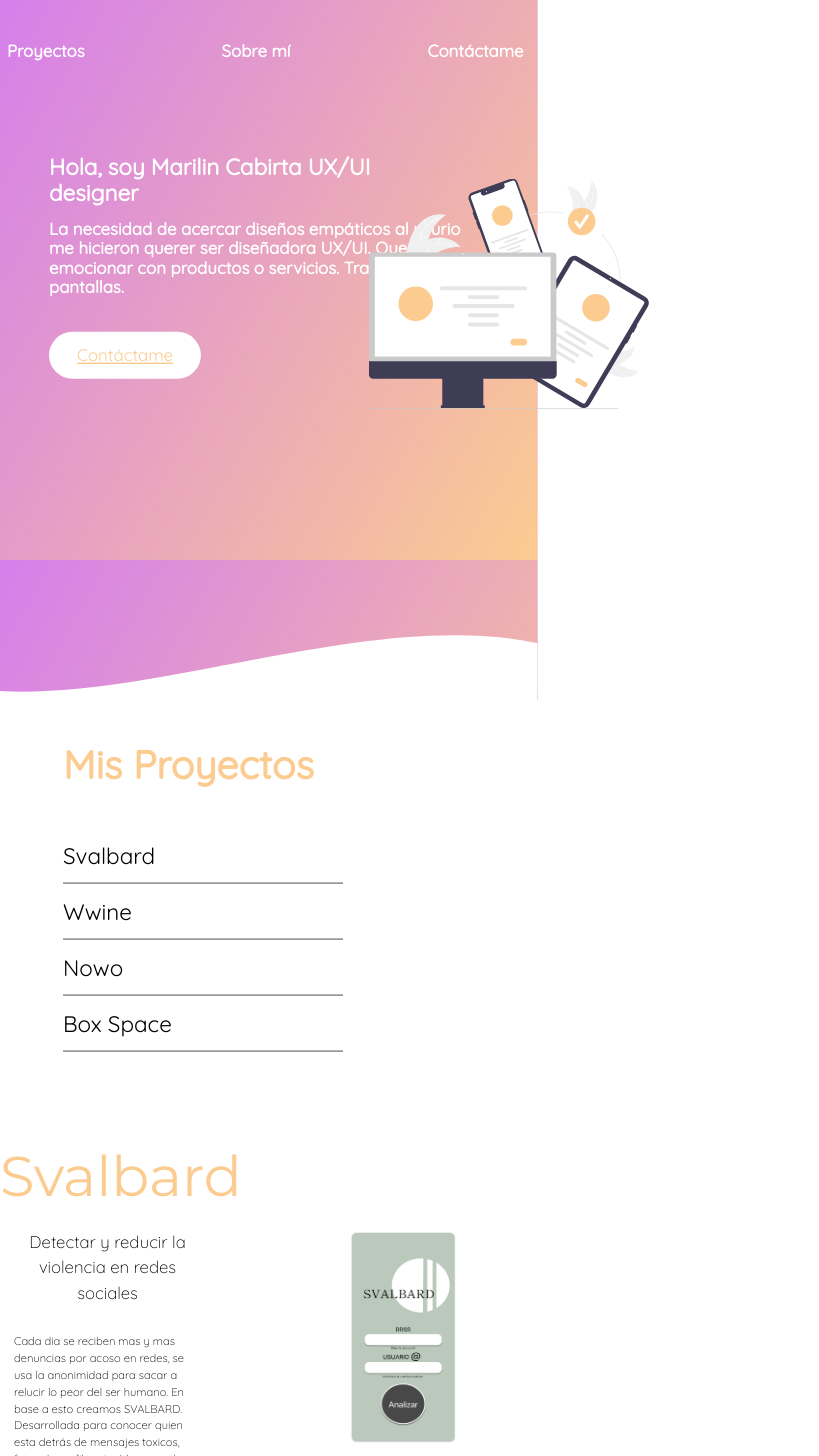
Repository: Marilyncabirta/portfolioHTML
Page: index.html
The author's editor kept a copy of each file at every save. The page is drawn from the files as they stood at one save, then again after the next save.
The browser window is 768 px wide. The page is 1127 px wide, then 1170 px, so the pictures cover 1170 px, including what lies to the right of the window. The pictures show the part of the page from y = 0 to 2080 px (the page is 4776 px tall before and 5483 px after), at 70% of full size.
Backgrounds fixed to the window are drawn as part of the page. Some web libraries are served in a nearby version.

Above is the page before, as saved 2022-12-16 12:52:12.

### index.html
<!DOCTYPE html>
<html lang="es">
<head>
    <meta charset="UTF-8">
    <meta name="viewport" content="width=device-width, initial-scale=1.0">
    <title>Portafolio AlexCG</title>
    <link rel="stylesheet" href="css/normalize.css">
    <link rel="stylesheet" href="css/estilos.css">
    <link rel="preconnect" href="https://fonts.googleapis.com">
<link rel="preconnect" href="https://fonts.gstatic.com" crossorigin>
<link href="https://fonts.googleapis.com/css2?family=Montserrat:wght@100;400;700&family=Quicksand:wght@300;400&display=swap" rel="stylesheet">
</head>


<body>

    <header class="hero">
        <div class="contenedor">
            <nav class="nav">
                <a href="" class="nav__items nav__items--cta">Proyectos</a>
                <a href="" class="nav__items">Sobre mí</a>
                <a href="" class="nav__items">Contáctame</a>
            </nav>

            <section class="hero__contenedor">
                <div class="hero__texts">
                    <h1 class="hero__title">Hola, soy Marilin Cabirta UX/UI designer</h1>
                    <h2 class="hero_subtitle">La necesidad de acercar diseños empáticos al usurio me hicieron querer ser diseñadora UX/UI. Querer emocionar con productos o servicios. Traspasar las pantallas.</h2>
                    <a href="" class="hero_cta">Contáctame</a>
                </div>
                <div class="contenedor_ilustraciones">
                    <img class="hero_image" src="assets/hero1.svg" alt="marilincabirta">
                </div>
            </section>
        </div>
        <div>
            <div class="hero_wave" style= "overflow:hidden;" ><svg viewBox="0 0 500 150" preserveAspectRatio="none" style="height: 100%; width: 100%;"><path d="M-0.56,130.76 C150.00,150.00 349.20,-49.99 503.38,30.10 L500.00,150.00 L0.00,150.00 Z" style="stroke: none; fill: #fff;"></path></svg></div>
        </div>
    </header>

    <main >
        <section class="presentacion__container">
            <h2 class="subtitle--h2">Mis Proyectos</h2>
            <div class="lista">
                <ul>
                    <li><a class="nombres" href="#">Svalbard<a></li>
                        <div class="linea"></div>
                    <li><a class="nombres" href="#">Wwine</a></li>
                        <div class="linea"></div>
                    <li><a class="nombres" href="#">Nowo</a></li>
                        <div class="linea"></div>
                    <li><a class="nombres" href="#">Box Space</a></li>
                        <div class="linea"></div>

                </ul>
            </div>
        </section>

        <section class="about__container">
            <div class="about__texts">
                <h2 class="subtitle">Svalbard</h2>
                <p class="about__paragraph">Detectar y reducir la violencia en redes sociales</p>
                <p class="about__content">Cada dia se reciben mas y mas denuncias por acoso en redes, se usa la anonimidad para sacar a relucir lo peor del ser humano. En base a esto creamos SVALBARD. Desarrollada para conocer quien esta detrás de mensajes toxicos, fotos de perfil amigables, y cual es el historial de nuestros seguidores. Conoce más!</p>
                <a class="about__button" href="">Conoce más</a>
            </div>
            <div class="about__img">
                <img class="about__picture" src="assets/LOG IN.png"   alt="">
            </div>
        </section>

        <section class="about__container">
            <div class="about__img">
                <img src="assets/wwine mockup.jpg" class="about__picture"alt="">
            </div>
            <div class="about__texts">
                <h2 class="subtitle">Wwine</h2>
                <p class="about__paragraph">¿Quién no ha deseado alguna vez poder saber más de un vino antes de comprarlo?</p>
                <p class="about__content">Le damos forma a los deseos de todos los consumidores de vino y desarrollamos este dispositivo para poder conocer las propiedades olfativas de un vino antes de comprarlo. No nos crees? Te contamos más!</p>
                <a class="about__button" href="">Conoce más</a>
            </div>

        </section>

        <section class="about__container">
            <div class="about__texts">
                <h2 class="subtitle">Nowo</h2>
                <p class="about__paragraph">Mejoramos tu forma de viajar</p>
                <p class="about__content">Millones de personas se desplazan todos los días por ocio o por trabajo y su principal carga son las maletas. Venimos a revolucionar el concepto de viajar. Nosotros nos ocupamos de las maletas, ofreciéndote los packs más completos para que nada te falte!</p>
                <a class="about__button" href="">Conoce más</a>
            </div>
            <div class="about__img">
                <img src="assets/Nowo by rebellion 1.jpg" class="about__picture" alt="">
            </div>
        </section>

        <section class="about__container">
            <div class="about__img">
                <img src="assets/mock uo.jpg" class="about__picture" alt="">
            </div>
            <div class="about__texts">
                <h2 class="subtitle">Box Space</h2>
                <p class="about__paragraph">Como conseguimos que haya más usuarios en los parques urbanos?</p>
                <p class="about__content">Esta App fue creada para mejorar la asistencia a los parques urbanos. En un mundo con prisas, acercamos la tecnología y la era digital a aquellos entornos naturales que nos encanta disfrutar, pero que todavía no nos permiten desarrollar todas nuestras facetas diarias cómodamente.Descúbrela!</p>
                <a class="about__button" href="">Conoce más</a>
            </div>

        </section>

    </main>

    <footer class="footer">
        <div container class="container footer__grid">
            <nav class="nav nav--footer">
                <a class="nav_items nav__items--footer" href="">Inicio </a>
                <a class="nav_items nav__items--footer" href="">Sobre mí</a>
                <a class="nav_items nav__items--footer" href="">Proyectos</a>
            </nav>

            <section class="footer__contact">
                <h3 class="footer__title"> Contáctame</h3>
                <div class="footer__icons">
                    <span class="footer__container-icons">
                        <a href="#" class="fab fa-medium footer__icon"></a>
                    </span>
                    <span class="footer__container-icons">
                        <a href="#" class="fab fa-linkedin footer__icon"></a>
                    </span>
                    <span class="footer__container-icons">
                        <a href="#" class="fab fa-mailchimp footer__icon"></a>
                    </span>

                </div>
            </section>



        </div>
    </footer>







    <script src="https://kit.fontawesome.com/b4fd9d412c.js" crossorigin="anonymous"></script>
</body>
</html>

### css/estilos.css

@import url('https://fonts.googleapis.com/css2?family=Montserrat:wght@100;400;700&family=Quicksand:wght@300;400&display=swap');


:root{
    --background:linear-gradient(120deg,#d57feb   0%,#fccb90 100%);
    --color-secondary:#fccb90;
    --color-primary: white;
    --boton-padding: 20px 40px;
}
body{

    font-family: 'Montserrat', sans-serif;
    font-family: 'Quicksand', sans-serif;
}

.hero{
    width: 100%;
    height: 1000px;
    background-image: var(--background);
    background-repeat: no-repeat;
    background-attachment: fixed;
    position: relative;
}

.contenedor{
  padding: 20px 0;

}
.hero__contenedor{
    width: 100%;
    display: grid;
    grid-template-columns: 1fr 1fr ;
    height: 100%;
    justify-content: space-evenly;
    align-items: center;
    padding-bottom: 50px;
    margin: 50px;

}


.contenedor_ilustraciones{
    width: 800px;
    height: auto;
    text-align: center;
    justify-content: center;
}

.hero__texts{
    width: 50%;
    height: inherit;
    color: white;
    margin-top: 20px;
    margin: 0 60px;
}
.hero_image{
    width: 70%
}

.hero_wave{
    position: absolute;
    bottom: 0;
    left: 0;
    height: 100px;
    width: 100%;
}

.nav{
    display: flex;
    justify-content: flex-end;
    height: 80px;
    align-items: right;
    font-weight: 700;
    margin-top: 30px;

}

.nav--footer{
    font-weight: 300;
    justify-content: flex-start;
}

.nav__items{
    color: white;
    text-decoration: none;
    font-size: 32px;
    padding: 20px 15px;
    margin-right: 40px;
    font-weight: inherit;
}

.nav__items--cta{
    border: 2px solid white;
    border-radius: 40px;
}

.nav__items:hover{
    text-decoration: underline;
}
.nav__items--footer{
    padding: 10px;
}



.hero_cta{
    display: inline-block;
    font-size: 24px;
    background-color: var(--color-primary);
    color: #fccb90;
    padding: 20px 40px;
    margin-top: 30px;
    border-radius: 40px;
    text-align: center;
    justify-content: center;
}

.hero__texts{
    width: 90%;
    margin: 40px;
}

.hero__title{
    font-size: 60px;
    margin-top: 80px;

}

.hero__subtitle{
    font-size: 2rem;
    font-weight: 400;
    margin: 20px 0;
}

/* presentacion proyectos */



.presentacion__container{
    width: 60%;
    height: auto;
    padding-top: 0;
    text-align: center;
    text-decoration: none;
    margin-left: 50px;
}

.subtitle{
    font-size: 56px;
    color:var(--color-secondary);
    padding-bottom: 10px;
    font-weight: 700;
    text-align: center;
    margin: 40px;
}
.subtitle--h2{
    font-size: 56px;
    color:var(--color-secondary);
    padding-bottom: 10px;
    font-weight: 700;
    text-align: center;
    margin: 60px 40px;
    text-align: left;
}

.presentacion__container li{
    font-size: 32px;
    margin-top: 10px;
    padding: 10px 0;
    text-decoration: none;
}

.lista li{
 text-decoration: none;
 list-style: none;
 text-align: left;

}

.lista a{
    text-decoration: none;
    color: black;

}

.lista li:hover{
    font-size: 3.5rem;
    transition: 1s;
}

.lista div{
    border-top: 1px solid black;
    height: 2px;
    max-width: 400px;
    padding: 0;
    margin: 10px 0 auto 0;

}

.about__container{
    width: 70%;
    min-height: 800px;
    max-width: 1300px;
    height: auto;
    display: grid;
    grid-template-columns: 1fr 1fr ;
    margin: 60px auto;
    background-color: var(--color-primary);
    align-items: center;

}

.about__texts{

    justify-content: center;
    text-align: left;
    margin: 20px ;

}
.about__img{
     justify-content: center;
    text-align: center;
    margin: 20px;

}

.subtitle{
    font-size: 80px;
    font-family: "Montserrat";
    font-weight: 400;
    margin: 10px auto;

}



.about__picture{
    width: 250px;
    height: 500px;
    max-height: 800px;
}

.about__paragraph{
    margin: 20px;
    line-height: 1.5;
    font-weight: 300;
    font-size: 24px;
}

.about__content{
    font-size: 16px;
    margin: 40px 20px;
    text-align: left;
    line-height: 1.5;
    font-weight: 300;
}

.about__button{
    margin: 60px 20px;
    padding: 10px 10px;
    background-color:var(--color-secondary);
    color: white;
    border-radius: 20px;
    text-align: center;
    text-decoration: none;
}

/* footer */

.footer{
    background:var(--background);
    padding-bottom: 40px;



}

.footer__grid{
    display: grid;
    grid-template-columns: 3fr 2fr;
    gap: 20px;
    align-items: center;
    margin: 40px;
}

.nav_items{
    text-decoration: none;
    color: white;
    font-size: 20px;
    margin:0 0 0 10px;
}

.footer__title{
    font-weight: 400;
    color: white;
    font-size:2rem ;
    margin-bottom: 20px;
    text-align: center;
}

.footer__icons{
    display: flex;
    justify-content: space-evenly;
    font-size: 32px;
}

.footer__container-icons{
    display: inline-block;
    width: 60px;
    height: 60px;
    color: white;
    text-align: center;
    border: 1px solid white;
    border-radius: 50%;

}

.footer__icon{
    color: white;
    text-decoration: none;
    font-size: 30px;

}

.fab.footer__icon{
line-height: 60px;
text-decoration: underline;
}


/* responsive design */

@media screen and (max-width:800px){
        :root{
            --botton-padding:18px 40px;
        }

        .nav{
            justify-content:space-between
        }
        .nav__items--cta{
            border: none;
        }

        .nav__items{
            color: white;
            text-decoration: none;
            font-size: 24px;
            padding: 10px 10px;
            margin-right: 10px;
            font-weight: inherit;
        }

        .nav__items--footer{
            border: none;
        }
        .hero{
            width: 100%;
        }

        .hero__contenedor{
            display: grid;
            grid-template-columns: 1fr 1fr ;
            height: 100%;
            justify-content: space-evenly;
            align-items: center;
            padding-bottom: 50px;
            margin: 30px;

        }

        .hero__texts{
            width: 200%;
            margin-bottom: 80px;
        }
        .hero__title{
            font-size: 2rem;
            margin-bottom: 20px;
        }

        .hero__subtitle{
            font-size: 1.5rem;
        }
        .about__container{
            width: 100%;
            min-height: 500px;
        }
        .about__picture{
            width: 150px;
            height: 300px;

        }
        .about__texts{
            width: 80%;
            justify-content: center;
            text-align: center;
            margin: 60px 0px;

        }

        .hero_image{
            width: 50%;
        }

        .presentacion__container{
            width: 80%;
        }

         .about__img{
            width: auto;
            text-align: center;
        }
    .footer{
        width: 100%;
    }
}


@media screen and (max-width:500px){

    :root{
        --botton-padding:15px 20px;
    }

    .hero{
        width: 100%;
        height: auto;
        position: relative;
    }
    .hero__contenedor{
        width: 100%;
        display: grid;
        grid-template-columns: 1fr;
        height: 100%;
        justify-content: center;
        align-items: center;
        padding-bottom: 80px;

    }
    .nav{
        flex-wrap: nowrap;
        justify-content: space-evenly;
        margin-top: 10px;

    }
    .nav__items--cta{
        border: none;
    }

    .nav__items{
        color: white;
        text-decoration: none;
        font-size: 20px;
        padding: 10px 20px;
        margin-right: 20px;

    }

    .nav__items--footer{
        border: none;
    }


    .hero__texts{
        margin-bottom: 50px;
        text-align: center;
    }
    .hero__title{
        font-size: 2rem;
        margin-bottom: 20px;
    }

    .hero__subtitle{
        font-size: 2rem;
        margin-bottom: 20px;
    }


    /* about */

    .subtitle{
        font-size: 2.5rem;
    }
    .about__paragraph{
        margin: 10px 10px;
        line-height: 1.5;
        font-weight: 300;
        font-size: 16px;
        text-align: left;
    }

    .about__content{
        font-size: 16px;
        margin: 10px 10px 40px 10px ;
        text-align: left;
        line-height: 1.5;
        font-weight: 300;
    }

    .nombres{
        font-size: 24px;
    }

    .about__container{
        width: 80%;
        min-height: 600px;
        height: auto;
        display: grid;
        margin: 20px auto;
        background-color: var(--color-primary);
        align-items: center;
     }

     .about__picture{
        width: 140px;
        height: 300px;
        max-height: 800px;

    }
     .contenedor_ilustraciones{
        width: 100%;
        height: auto;
        text-align: center;
        justify-content: center;
    }

    .about__texts:nth-child(2), :nth-child(4){
        grid-row: 1/2;
     }

     /* Footer */
     }

Loaded but not shown: css/normalize.css (library)

After the next save:
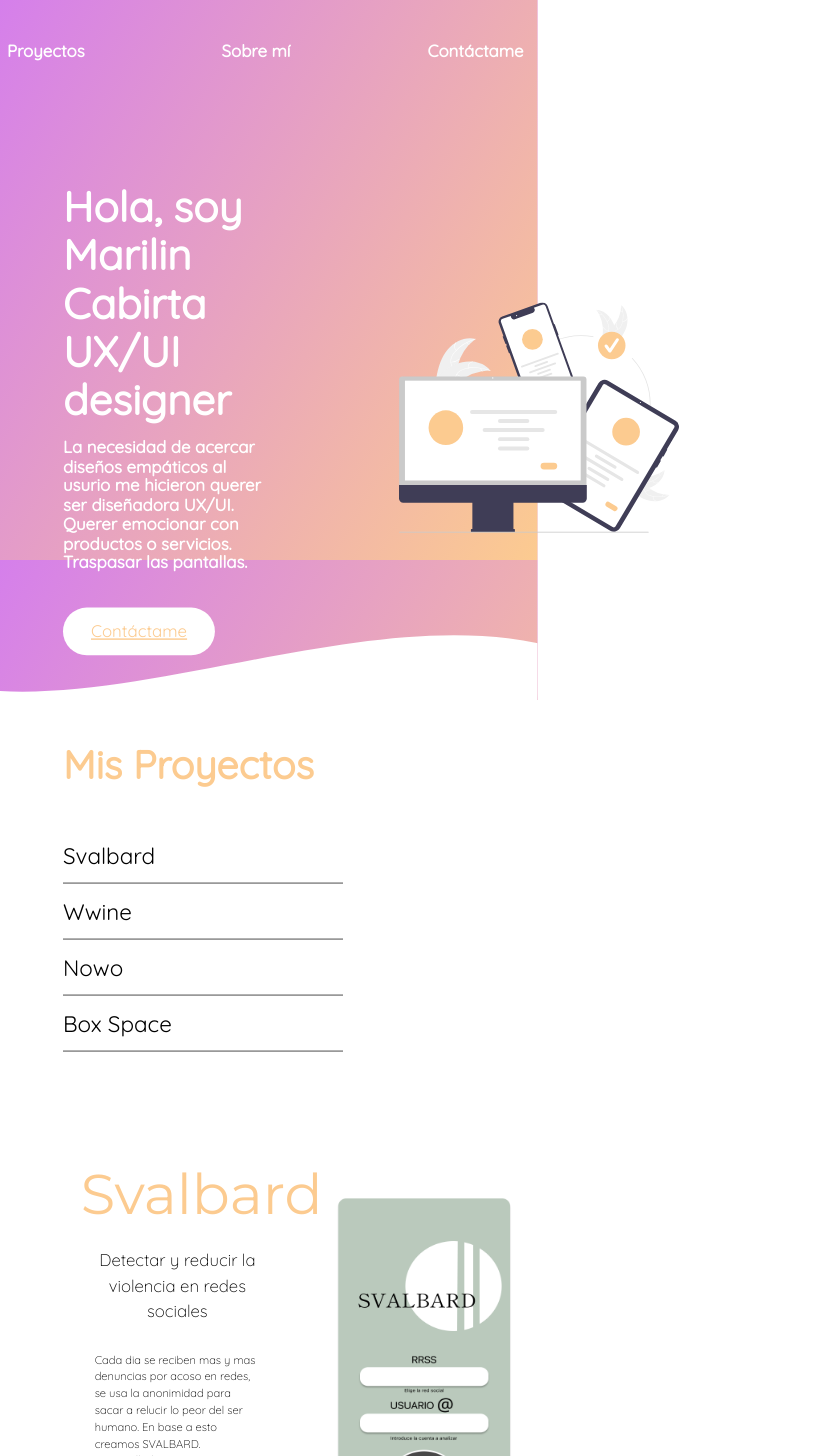
Saved 24 s later.
--- a/css/estilos.css
+++ b/css/estilos.css
@@ -355,42 +355,7 @@ text-decoration: underline;
         .nav__items--footer{
             border: none;
         }
-        .hero{
-            width: 100%;
-        }
-
-        .hero__contenedor{
-            display: grid;
-            grid-template-columns: 1fr 1fr ;
-            height: 100%;
-            justify-content: space-evenly;
-            align-items: center;
-            padding-bottom: 50px;
-            margin: 30px;
-
-        }
-
-        .hero__texts{
-            width: 200%;
-            margin-bottom: 80px;
-        }
-        .hero__title{
-            font-size: 2rem;
-            margin-bottom: 20px;
-        }
-
-        .hero__subtitle{
-            font-size: 1.5rem;
-        }
-        .about__container{
-            width: 100%;
-            min-height: 500px;
-        }
-        .about__picture{
-            width: 150px;
-            height: 300px;
-
-        }
+
         .about__texts{
             width: 80%;
             justify-content: center;
